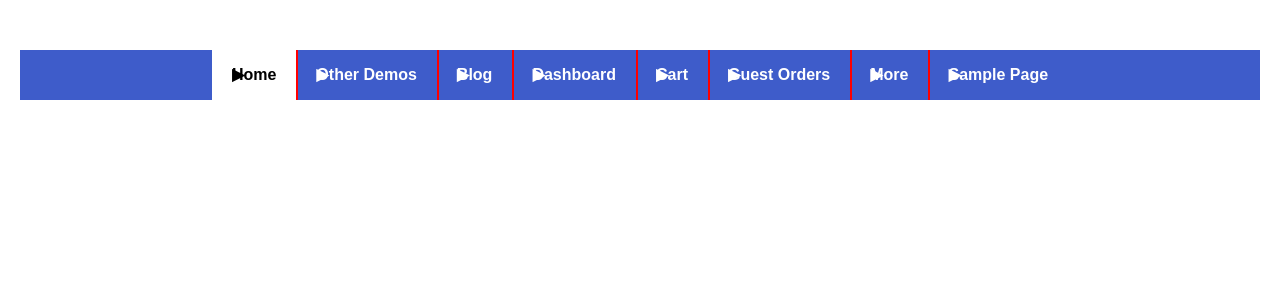
Repository: lannguyen1301/f8-zoom-day-5
Page: menu-enhanced.html
The author's editor kept a copy of each file at every save. The page is drawn from the files as they stood at one save, then again after the next save.
The browser window is 1280 px wide. The pictures show the whole page.

Above is the page before, as saved 2025-04-21 20:37:52.

After the next save:
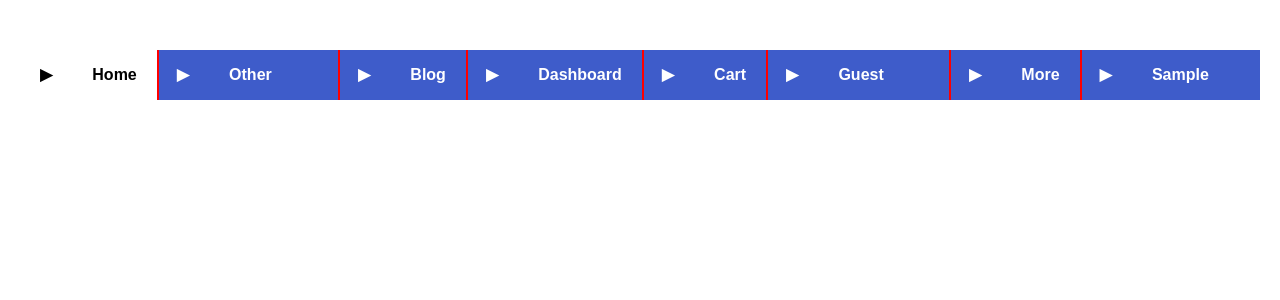
Saved 70 s later.
--- a/assets/css/style.css
+++ b/assets/css/style.css
@@ -67,8 +67,6 @@ a {
 
 .navbar__list .navbar__item .navbar__link:before {
     content: "\25B6";
-    position: absolute;
-    display: inline-block;
     margin-right: 20px;
     padding-right: 20px;
     line-height: 50px;
